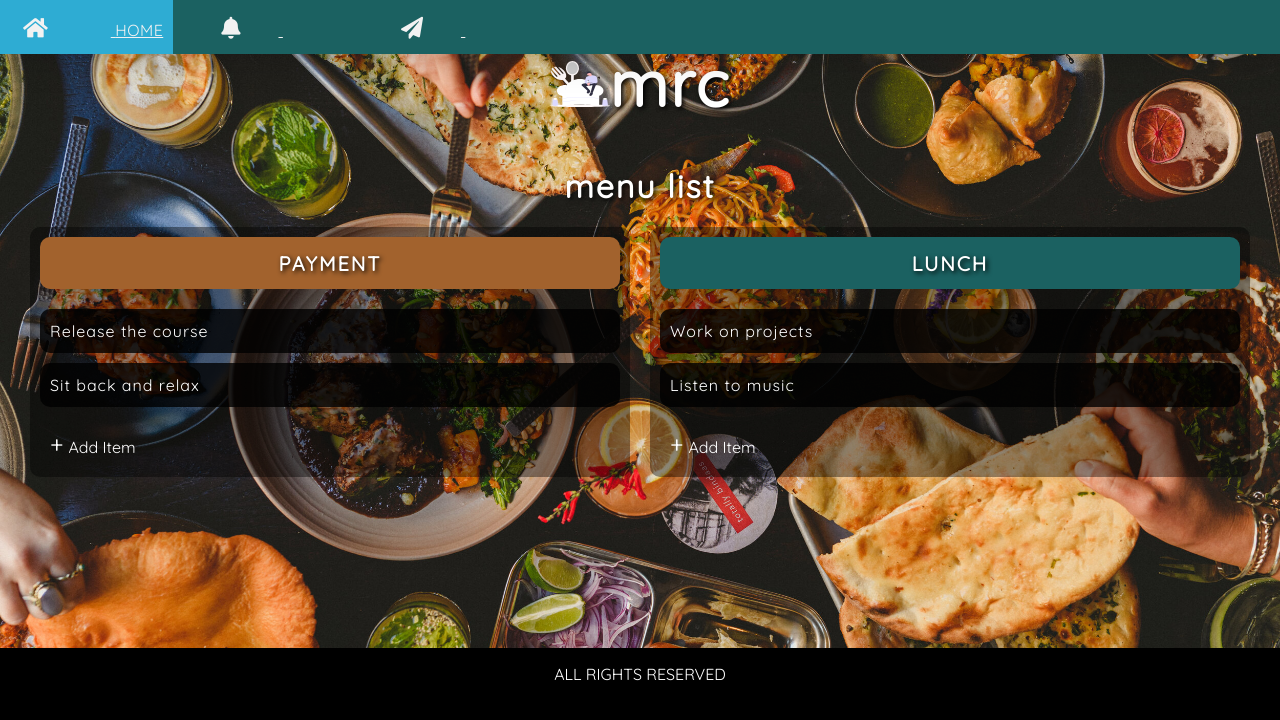
Repository: Anasooya2601/drag-and-drop
Page: home.html
An editor plug-in stored every save of this project. The page is shown before and after the next save, followed by the edit.
The browser window is 1280 px wide. The pictures show the whole page.
Some web libraries are served in a nearby version.

Above is the page before, as saved 2021-02-15 21:10:19.
Console error: TypeError: Cannot set properties of null (setting 'textContent')

After the next save:
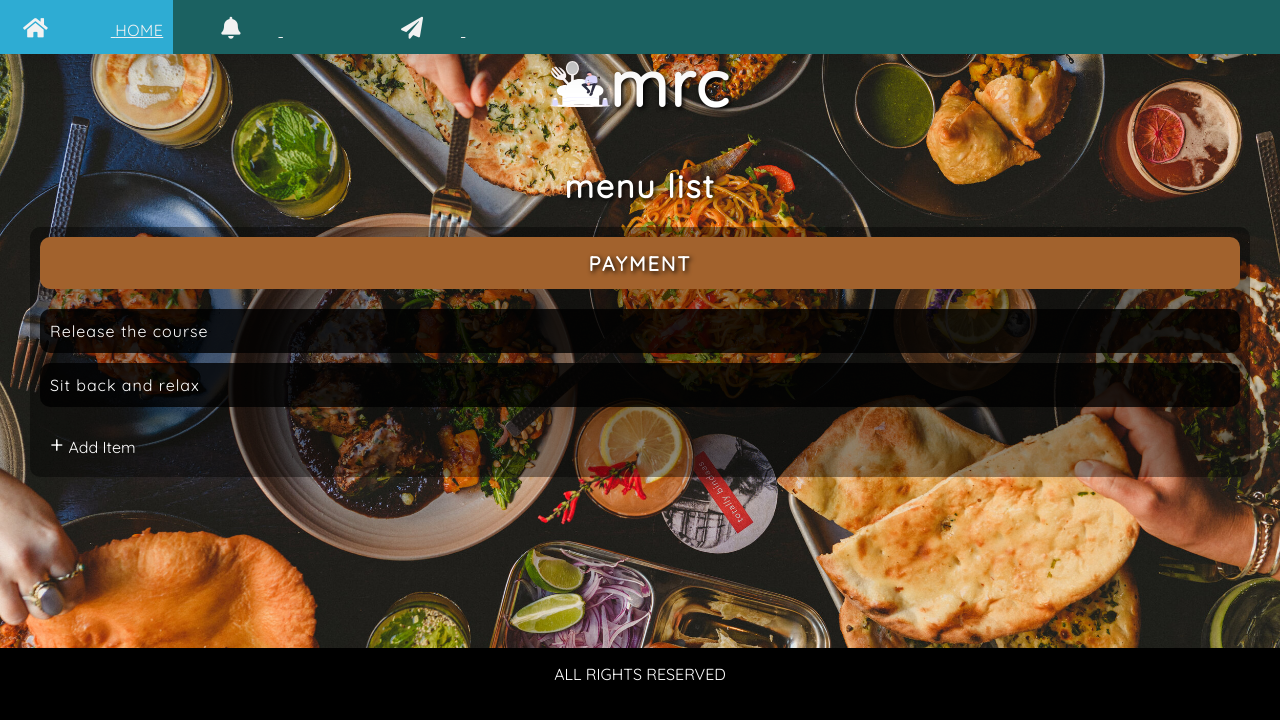
Saved 2 h 17 min later.
--- a/home.html
+++ b/home.html
@@ -62,30 +62,10 @@
             <div class="add-container">
                 <div class="add-item" contenteditable="true"></div>
             </div>
-        </li>
-        <!-- Progress Column -->
-        <li class="drag-column progress-column">
-            <span class="header">
-                <h1>LUNCH</h1>
-            </span>
-            <!-- Progress Content -->
-            <div id="progress-content" class="custom-scroll">
-                <ul class="drag-item-list" id="progress-list" ondrop="drop(event)" ondragover="allowDrop(event)" ondragenter="dragEnter(1)"></ul>
-            </div>
-            <!-- Add Button Group -->
-            <div class="add-btn-group">
-                <div class="add-btn" onclick="showInputBox(1)">
-                    <span class="plus-sign">+</span>
-                    <span>Add Item</span>
-                </div>
-                <div class="add-btn solid" onclick="hideInputBox(1)">
-                    <span>Save Item</span>
-                </div>
-            </div>
-            <div class="add-container">
-                <div class="add-item" contenteditable="true"></div>
-            </div>
-        </li>
+
+
+
+
 
 
         </li>
